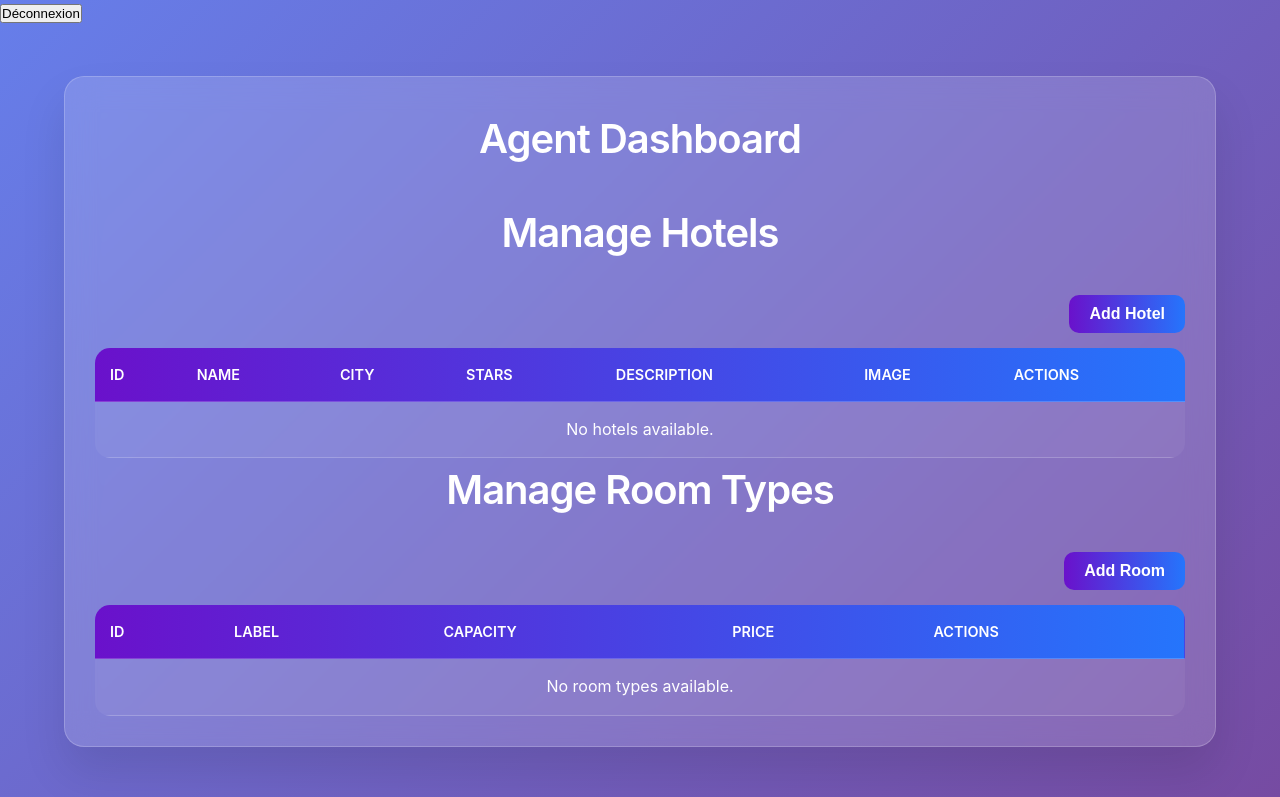
Repository: ToumiFourat/HotelManagementt
Page: http://localhost/Hotell/views/agent_dashboard.jsp
An editor plug-in stored every save of this project. The page is shown before and after the next save, followed by the edit.
The browser window is 1280 px wide. The pictures show the whole page.
The page is served by Tomcat 10. The template is opened directly, without the code that normally fills it, so the values that code supplies are empty.

Above is the page before, as saved 2024-12-17 20:47:01.

After the next save:
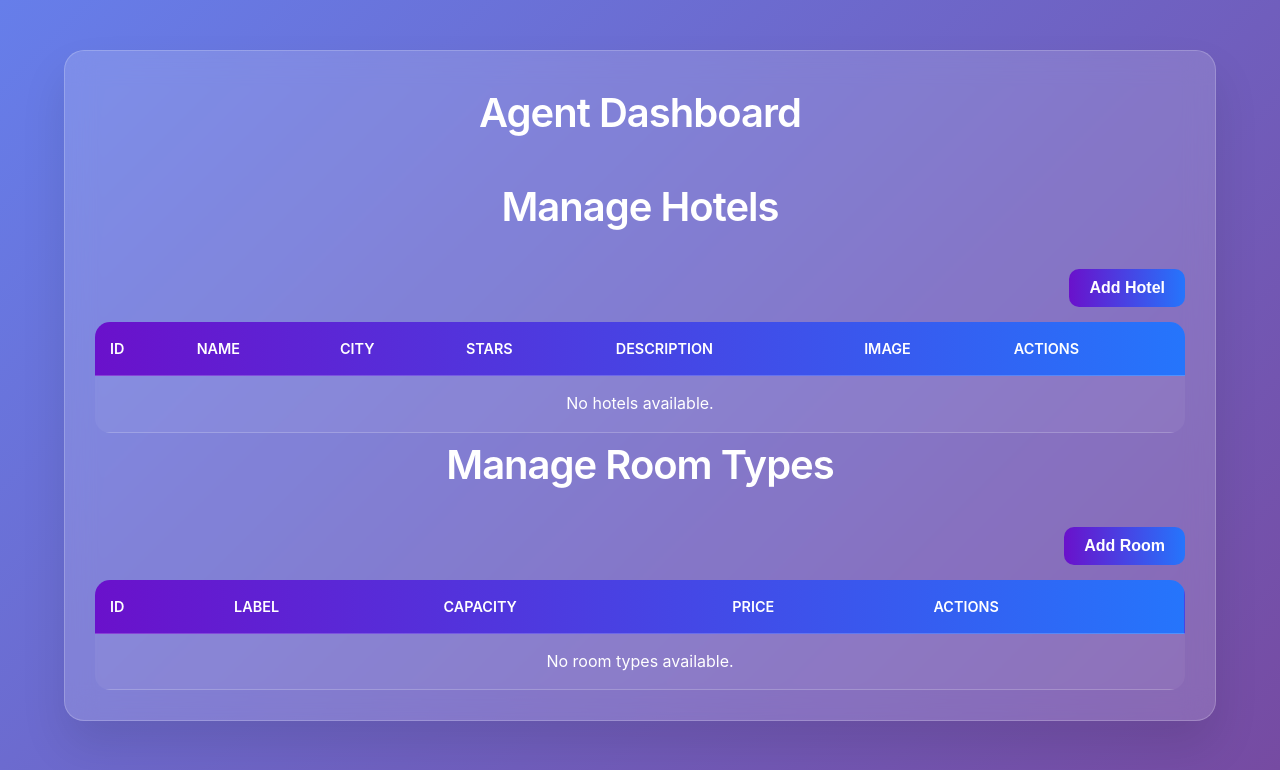
Saved 39 s later.
--- a/Hotell/src/main/webapp/views/agent_dashboard.jsp
+++ b/Hotell/src/main/webapp/views/agent_dashboard.jsp
@@ -208,8 +208,7 @@
 
 </head>
 <body>
-<!-- Déconnexion button -->
-    <button class="logout-btn" onclick="logout()">Déconnexion</button>
+
     <div class="container">
         <h1>Agent Dashboard</h1>
 
